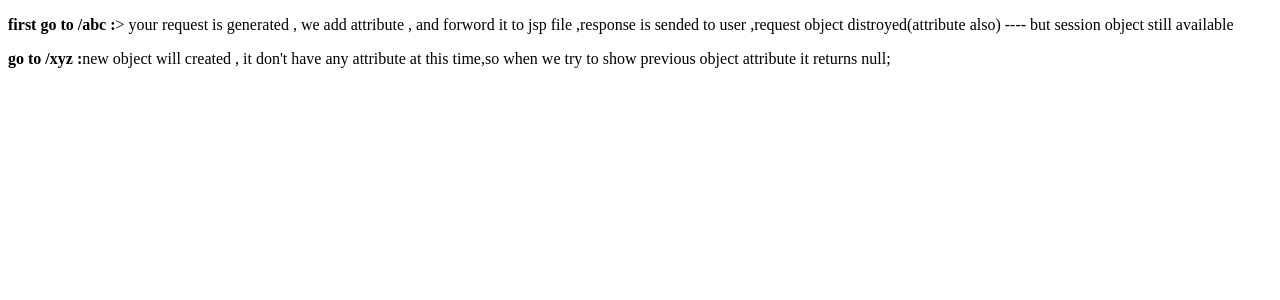
Repository: suraj-repositories/java-practice-2-advance-java-1
Page: http://localhost/Ad_26_Request_and_Session_scope/
An editor plug-in stored every save of this project. The page is shown before and after the next save, followed by the edit.
The browser window is 1280 px wide. The pictures show the whole page.
The page is served by Tomcat 9.

Above is the page before, as saved 2023-07-28 01:02:02.

After the next save:
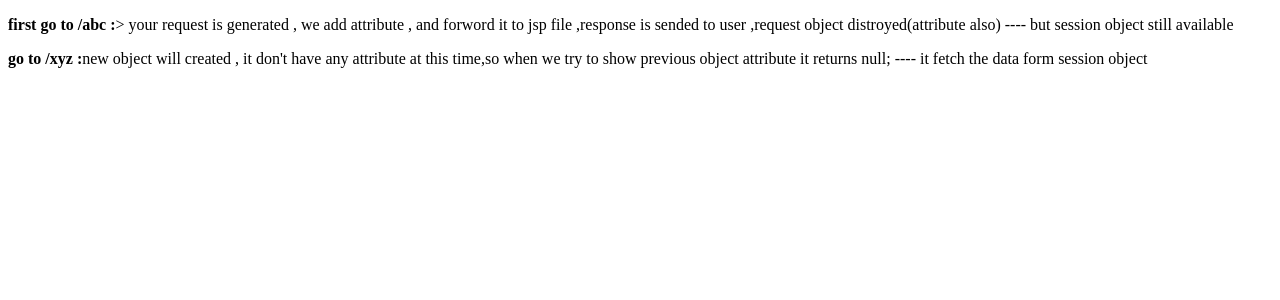
Saved 31 s later.
--- a/Ad_26_Request_and_Session_scope/src/main/webapp/index.jsp
+++ b/Ad_26_Request_and_Session_scope/src/main/webapp/index.jsp
@@ -13,6 +13,7 @@
 	</p>
 	<p><b> go to /xyz :</b>new object will created , it don't have any attribute at this time,so when we try to
 	show previous object attribute it returns null;
+		---- it fetch the data form session object
 	</p>
 </body>
 </html>
